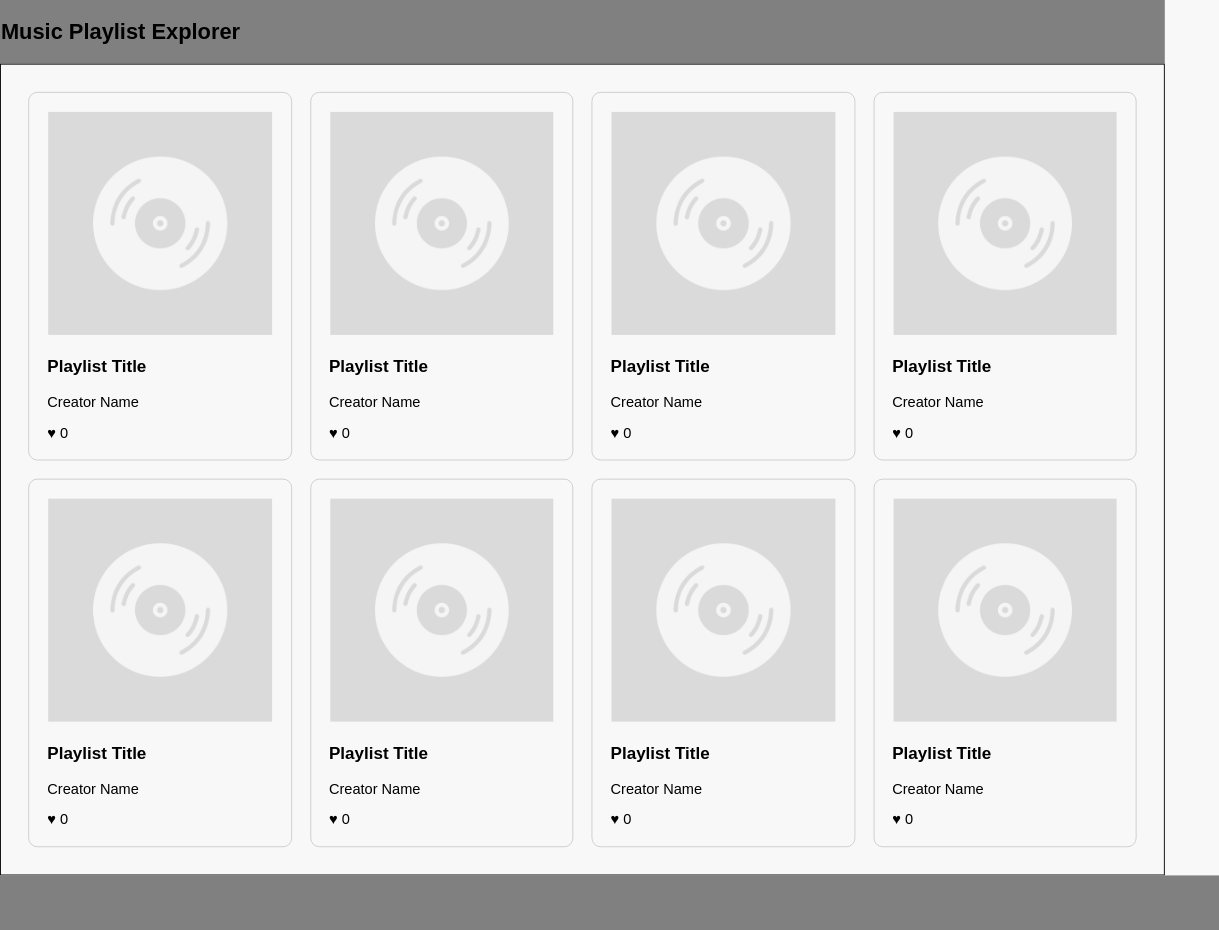
Repository: valentinaarojas/music-player-explorer
Page: index.html
The author's editor kept a copy of each file at every save. The page is drawn from the files as they stood at one save, then again after a run of saves.
The browser window is 1280 px wide. The page is 1340 px wide, so the pictures cover 1340 px, including what lies to the right of the window. The pictures show the whole page, at 91% of full size.

Above is the page before, as saved 2025-02-19 16:48:59.
Console error: SyntaxError: Unexpected token '{'

After the next 2 saves:
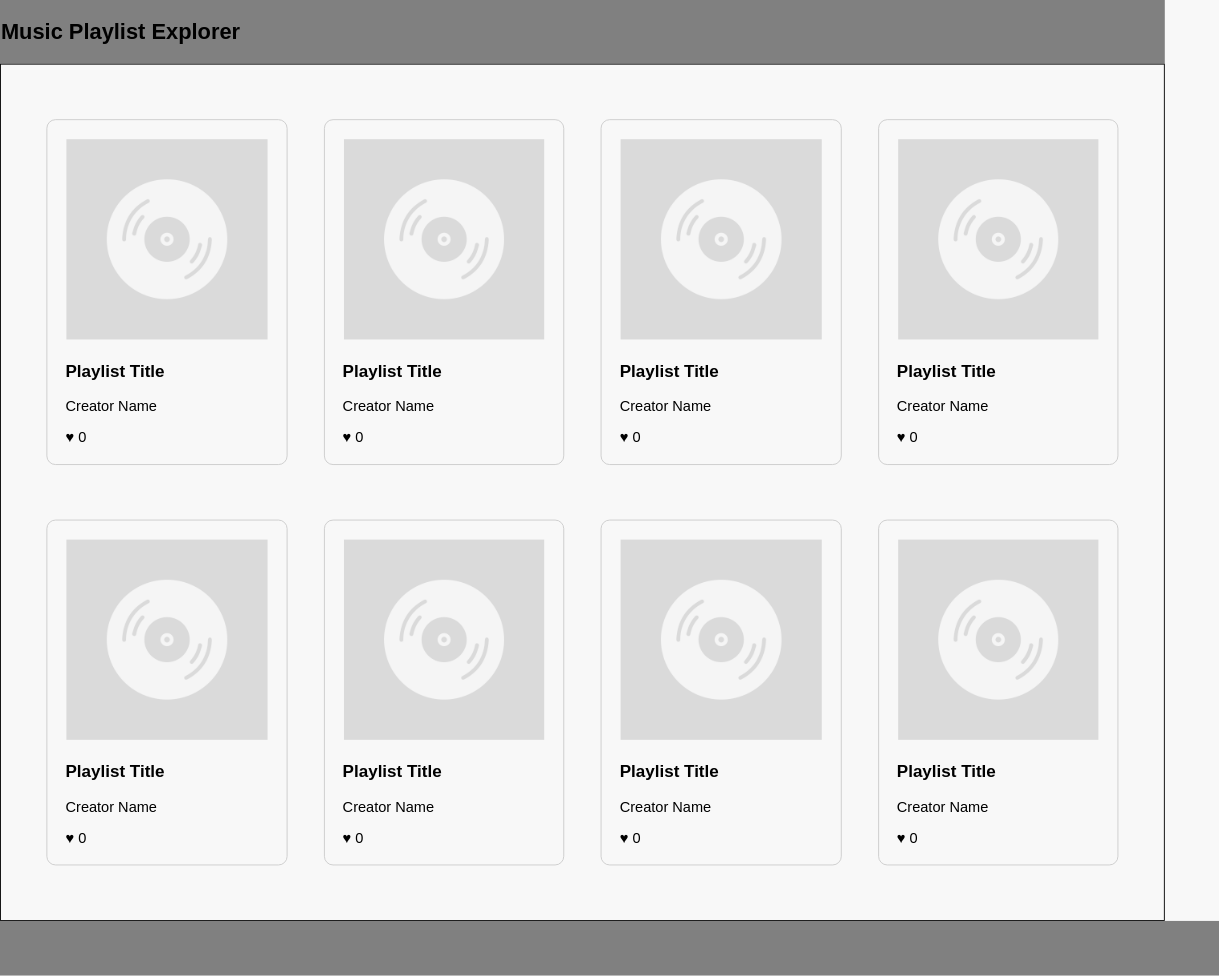
The 2 saves are shown as one change because they came seconds apart.
The last was saved 17 s later.
--- a/style.css
+++ b/style.css
@@ -13,14 +13,13 @@ body {
 .playlist-cards {
     display: grid;
     grid-template-columns: repeat(4, 1fr);
-    gap: 20px;
     padding: 30px;
     border: 1px solid rgb(0, 0, 0);
 }
 
 .playlist-card {
     padding: 20px;
-
+    margin: 30px 20px;
     border-radius: 10px;
     border: 1px solid #ccc;
 }
